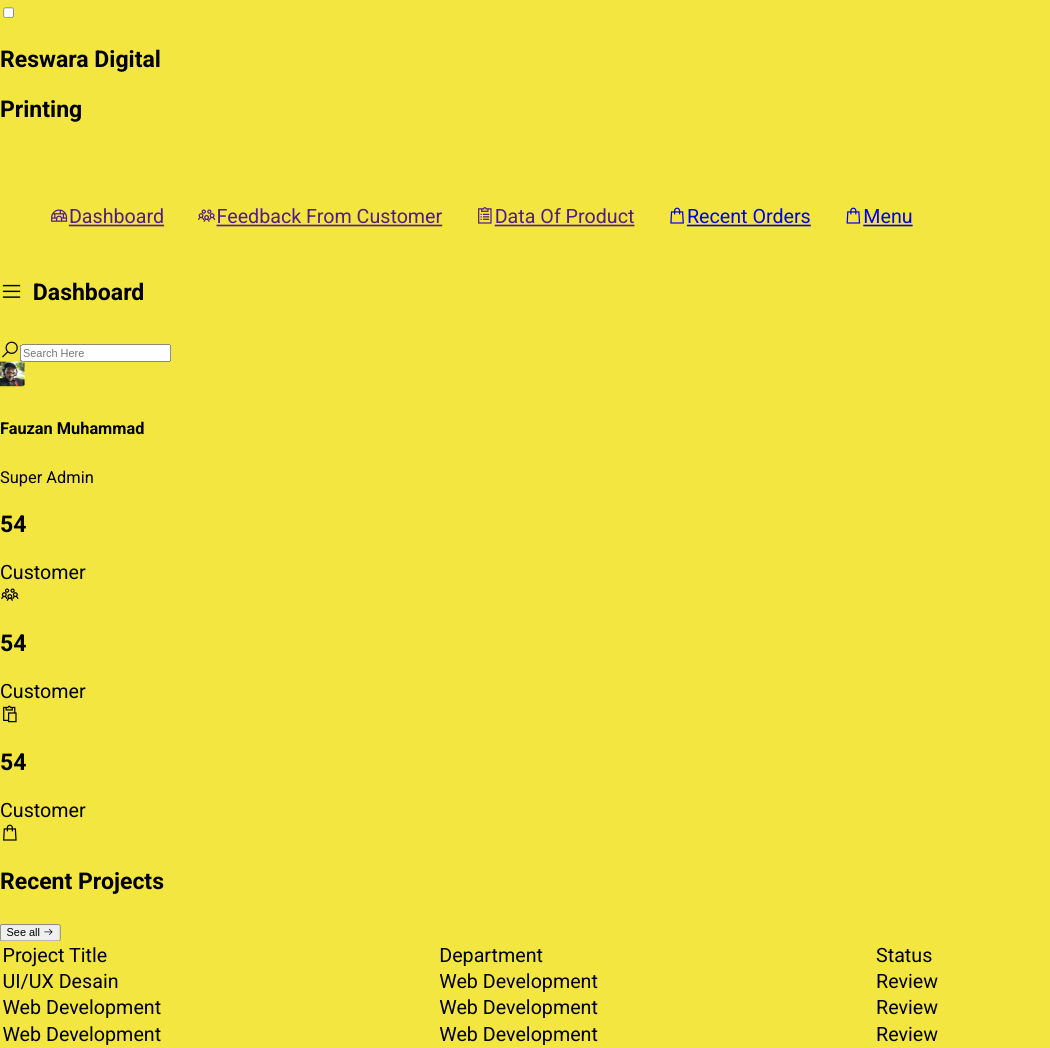
Repository: Fauzaanmhmd/Skripsi
Page: /admin/dashboard
The author's editor kept a copy of each file at every save. The page is drawn from the files as they stood at one save, then again after the next save.
The browser window is 1280 px wide. The pictures show the whole page, at 82% of full size.
The project was rebuilt for these pictures with package versions that can differ from the ones it lists, and the page was loaded fresh each time. The framework's server and built-in components were replaced by stand-ins that run in the browser. Also part of the build but not shown: next.config.js.

Above is the page before, as saved 2021-07-01 12:31:03.

After the next save:
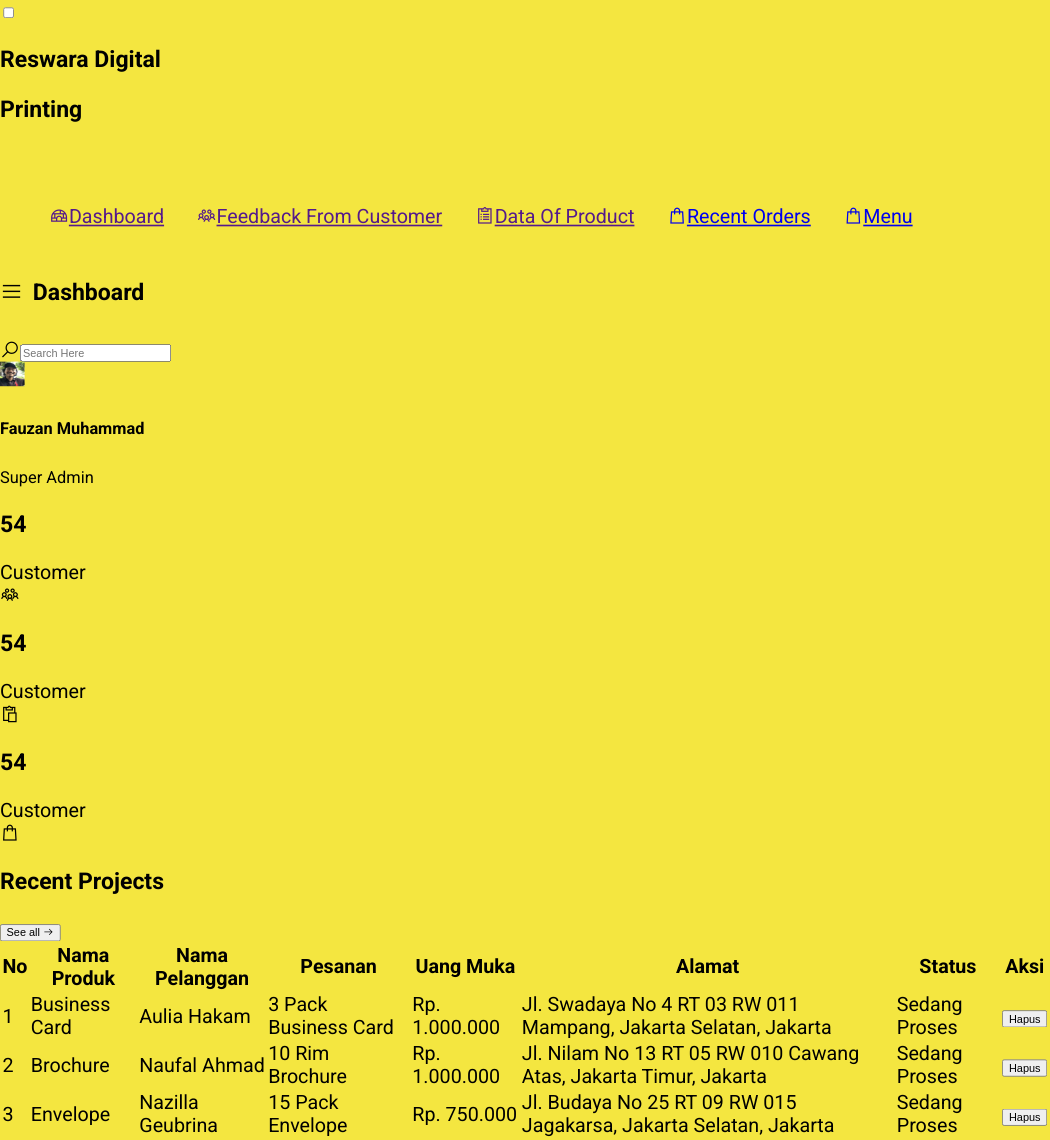
Saved 3 min 33 s later.
--- a/pages/admin/dashboard.js
+++ b/pages/admin/dashboard.js
@@ -122,34 +122,52 @@
                                             <table width="100%">
                                                 <thead>
                                                     <tr>
-                                                        <td>Project Title</td>
-                                                        <td>Department</td>
-                                                        <td>Status</td>
+                                                        <th>No</th>
+                                                        <th>Nama Produk</th>
+                                                        <th>Nama Pelanggan</th>
+                                                        <th>Pesanan</th>
+                                                        <th>Uang Muka</th>
+                                                        <th>Alamat</th>
+                                                        <th>Status</th>
+                                                        <th>Aksi</th>
                                                     </tr>
                                                 </thead>
                                                 <tbody>
                                                     <tr>
-                                                        <td>UI/UX Desain</td>
-                                                        <td>Web Development</td>
+                                                        <td>1</td>
+                                                        <td>Business Card</td>
+                                                        <td> Aulia Hakam</td>
+                                                        <td> 3 Pack Business Card</td>
+                                                        <td>Rp. 1.000.000</td>
+                                                        <td>Jl. Swadaya No 4 RT 03 RW 011 Mampang, Jakarta Selatan, Jakarta</td>
+                                                        <td>Sedang Proses</td>
                                                         <td>
-                                                            <span className="status"></span>
-                                                            Review
+                                                            <button>Hapus</button>
                                                         </td>
                                                     </tr>
                                                     <tr>
-                                                        <td>Web Development</td>
-                                                        <td>Web Development</td>
+                                                        <td>2</td>
+                                                        <td> Brochure</td>
+                                                        <td>Naufal Ahmad</td>
+                                                        <td> 10 Rim Brochure</td>
+                                                        <td>Rp. 1.000.000</td>
+                                                        <td>Jl. Nilam No 13 RT 05 RW 010 Cawang Atas, Jakarta Timur, Jakarta</td>
+                                                        <td>Sedang Proses</td>
                                                         <td>
-                                                            <span className="status"></span>
-                                                            Review
+                                                            <button>Hapus</button>
                                                         </td>
                                                     </tr>
                                                     <tr>
-                                                        <td>Web Development</td>
-                                                        <td>Web Development</td>
+                                                        <td>3</td>
+                                                        <td>Envelope</td>
+                                                        <td>Nazilla Geubrina</td>
+                                                        <td>15 Pack Envelope </td>
+                                                        <td>Rp. 750.000</td>
+                                                        <td>Jl. Budaya No 25 RT 09 RW 015 Jagakarsa, Jakarta Selatan, Jakarta</td>
+                                                        <td>Sedang Proses</td>
+
                                                         <td>
-                                                            <span className="status"></span>
-                                                            Review
+                                                            <button>Hapus</button>
                                                         </td>
                                                     </tr>
                                                 </tbody>
